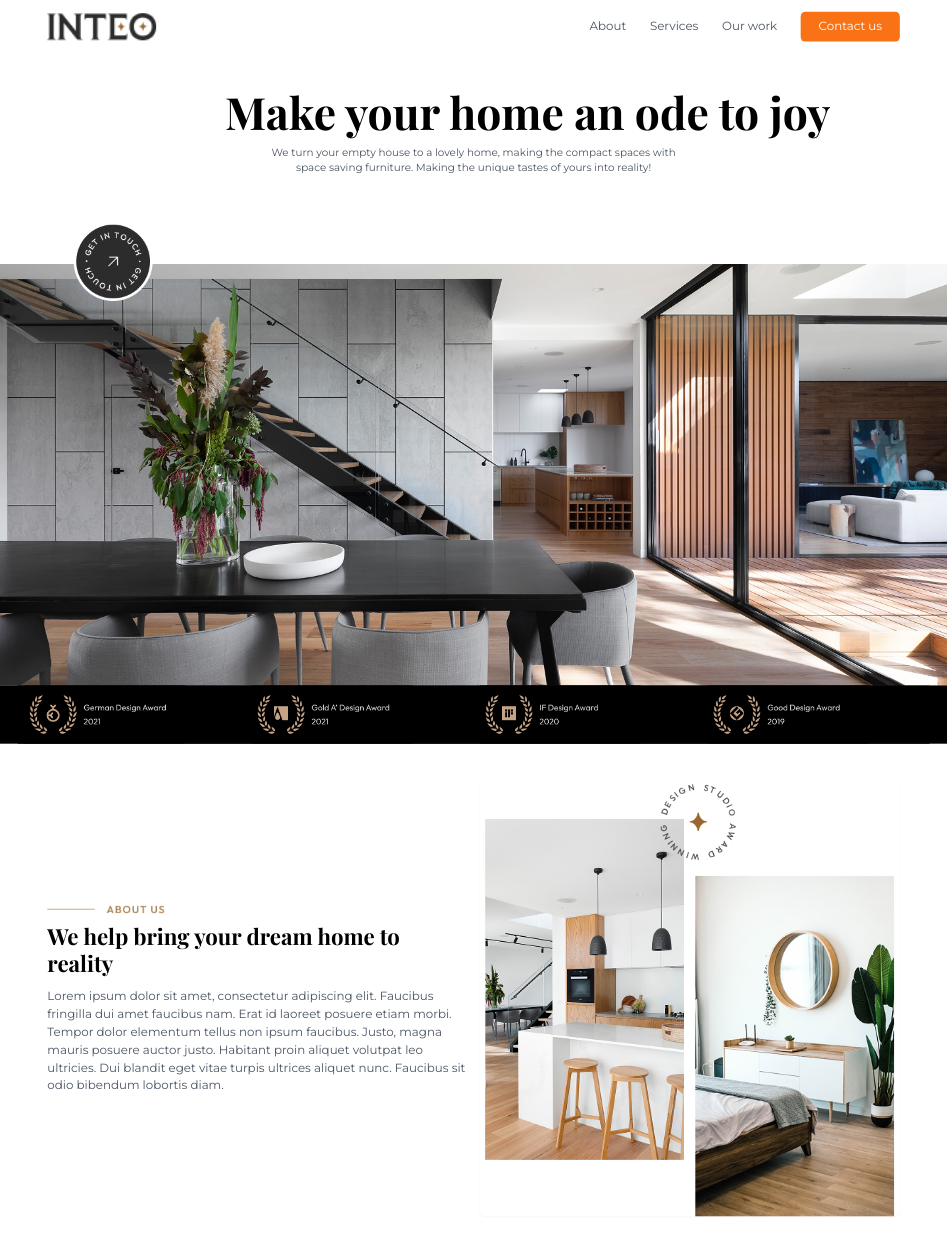
Repository: CatherinneJ/responsive-tailwind-website
Page: tailwind.html
An editor plug-in stored every save of this project. The page is shown before and after the next save, followed by the edit.
The browser window is 1280 px wide. The pictures show the whole page, at 74% of full size.
Some web libraries are served in a nearby version.

Above is the page before, as saved 2025-05-21 19:27:58.

### tailwind.html
<!DOCTYPE html>
<html lang="en">

<head>
    <meta charset="UTF-8">
    <meta name="viewport" content="width=device-width, initial-scale=1.0">
    <title>NTEO - Make your home an ode to joy</title>
    <script src="https://cdn.tailwindcss.com"></script>
    <link
        href="https://fonts.googleapis.com/css2?family=Playfair+Display:wght@400;700&family=Montserrat:wght@300;400;500;600&display=swap"
        rel="stylesheet">
    <style>
        .font-playfair {
            font-family: 'Playfair Display', serif;
        }

        body {
            font-family: 'Montserrat', sans-serif;
        }
    </style>
</head>

<body class="bg-white">
    <header class="py-3 px-4 sm:py-4 sm:px-6 lg:px-16">
        <nav class="flex justify-between items-center">
            <img src="./Assets/Logo.png" alt="logo" class="h-8 sm:h-10">
            <ul class="flex space-x-4 sm:space-x-6 md:space-x-8 items-center">
                <li class="hidden sm:inline-block text-gray-600 hover:text-black text-sm sm:text-base">About</li>
                <li class="hidden sm:inline-block text-gray-600 hover:text-black text-sm sm:text-base">Services</li>
                <li class="hidden md:inline-block text-gray-600 hover:text-black text-sm sm:text-base">Our work</li>
                <li
                    class="bg-orange-500 text-white px-4 py-1 sm:px-6 sm:py-2 rounded-md hover:bg-orange-600 text-sm sm:text-base">
                    Contact us</li>
            </ul>
        </nav>
    </header>
    <section
        class="flex flex-col items-center justify-center px-4 sm:px-6 lg:px-16 pt-6 pb-3 sm:pt-8 sm:pb-4 md:pt-12 md:pb-8 text-center">
        <h1
            class="text-3xl sm:text-4xl md:text-5xl lg:text-6xl font-bold whitespace-normal sm:whitespace-nowrap font-playfair mb-3 sm:mb-4 max-w-2xl">
            Make your home an ode to joy
        </h1>

        <p class="text-base sm:text-lg md:text-sm text-gray-600 mb-6 sm:mb-8 max-w-md sm:max-w-xl">
            We turn your empty house to a lovely home, making the compact spaces with space saving furniture. Making the
            unique tastes of yours into reality!
        </p>
    </section>

    <section class="mt-0">
        <img src="./Assets/Creative.png" class="w-full sm:whitespace-wrap" alt="Creative">
    </section>

    <section id="awards" class=" bg-black mt-0 sm:px-6">
        <div class="grid grid-cols-1 md:grid-cols-2 bg-black lg:grid-cols-4 gap-4 px-2 bg-black">
            <img src="./Assets/Awards1.png" class="w-1/3 sm:w-1/5 md:w-2/5 lg:w-3/4  bg-black p-2 rounded-sm "
                alt="award1">
            <img src="./Assets/Awards 2.png" class="w-1/3 sm:w-1/2 md:w-2/5 lg:w-3/4  bg-black p-2 rounded-sm"
                alt="award2">
            <img src="./Assets/Awards 3.png" class="w-1/3 sm:w-1/2 self-start md:w-2/5 lg:w-3/4 bg-black p-2 rounded-sm"
                alt="award3">
            <img src="./Assets/Awards 4.png" class="w-1/3 sm:w-1/2 md:w-2/5 lg:w-3/4  bg-black p-2 rounded-sm"
                alt="award4">

        </div>
    </section>

    <section class="flex flex-col md:flex-row items-center gap-3 sm:gap-4 px-4 sm:px-6 lg:px-16 py-6 sm:py-8 md:py-12">
        <div class="md:w-1/2 order-2 md:order-1 mt-4 md:mt-0">

            <img src="./Assets/Eyebrow.png" class="mb-2 h-6 sm:h-4 md:h-5" alt="About us">

            <h2 class="text-xl sm:text-2xl md:text-3xl font-playfair font-bold mb-3 sm:mb-4">
                We help bring your dream home to reality
            </h2>
            <p class="text-gray-600 text-sm sm:text-base">
                Lorem ipsum dolor sit amet, consectetur adipiscing elit. Faucibus fringilla dui amet faucibus nam. Erat
                id laoreet posuere etiam morbi. Tempor dolor elementum tellus non ipsum faucibus. Justo, magna mauris
                posuere auctor justo. Habitant proin aliquet volutpat leo ultricies. Dui blandit eget vitae turpis
                ultrices aliquet nunc. Faucibus sit odio bibendum lobortis diam.
            </p>
        </div>
        <div class="md:w-1/2 order-1 md:order-2">
            <img src="./Assets/Section.png" alt="Home design" class="w-full rounded-lg shadow-sm">
        </div>
    </section>
</body>

</html>

After the next save:
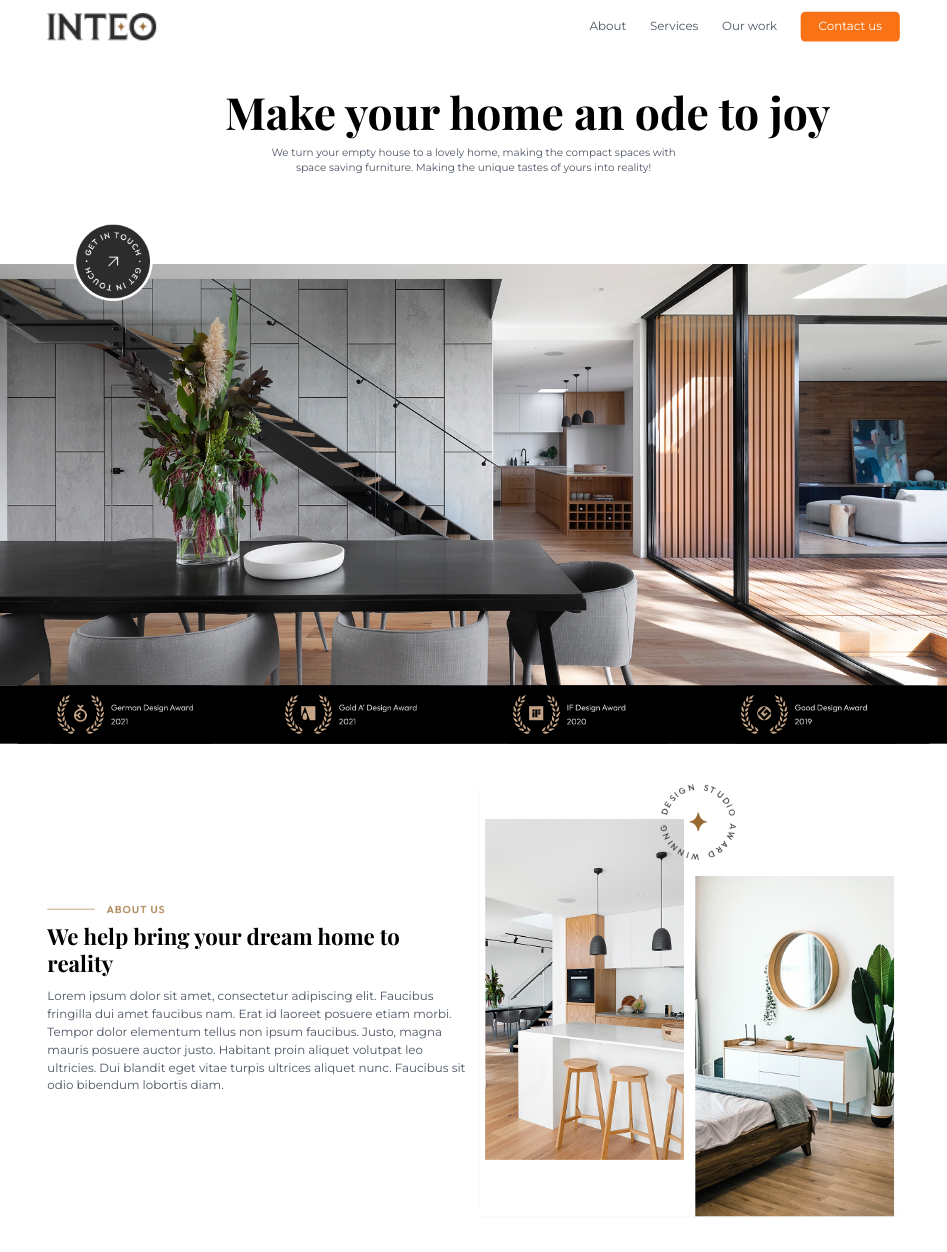
Saved 42 s later.
--- a/tailwind.html
+++ b/tailwind.html
@@ -53,13 +53,13 @@
 
     <section id="awards" class=" bg-black mt-0 sm:px-6">
         <div class="grid grid-cols-1 md:grid-cols-2 bg-black lg:grid-cols-4 gap-4 px-2 bg-black">
-            <img src="./Assets/Awards1.png" class="w-1/3 sm:w-1/5 md:w-2/5 lg:w-3/4  bg-black p-2 rounded-sm "
+            <img src="./Assets/Awards1.png" class="w-1/3 sm:w-1/5 md:w-2/5 lg:w-3/4 mx-auto bg-black p-2 rounded-sm "
                 alt="award1">
-            <img src="./Assets/Awards 2.png" class="w-1/3 sm:w-1/2 md:w-2/5 lg:w-3/4  bg-black p-2 rounded-sm"
+            <img src="./Assets/Awards 2.png" class="w-1/3 sm:w-1/2 md:w-2/5 lg:w-3/4 mx-auto bg-black p-2 rounded-sm"
                 alt="award2">
-            <img src="./Assets/Awards 3.png" class="w-1/3 sm:w-1/2 self-start md:w-2/5 lg:w-3/4 bg-black p-2 rounded-sm"
+            <img src="./Assets/Awards 3.png" class="w-1/3 sm:w-1/2 md:w-2/5 lg:w-3/4 mx-auto bg-black p-2 rounded-sm"
                 alt="award3">
-            <img src="./Assets/Awards 4.png" class="w-1/3 sm:w-1/2 md:w-2/5 lg:w-3/4  bg-black p-2 rounded-sm"
+            <img src="./Assets/Awards 4.png" class="w-1/3 sm:w-1/2 md:w-2/5 lg:w-3/4 mx-auto bg-black p-2 rounded-sm"
                 alt="award4">
 
         </div>
